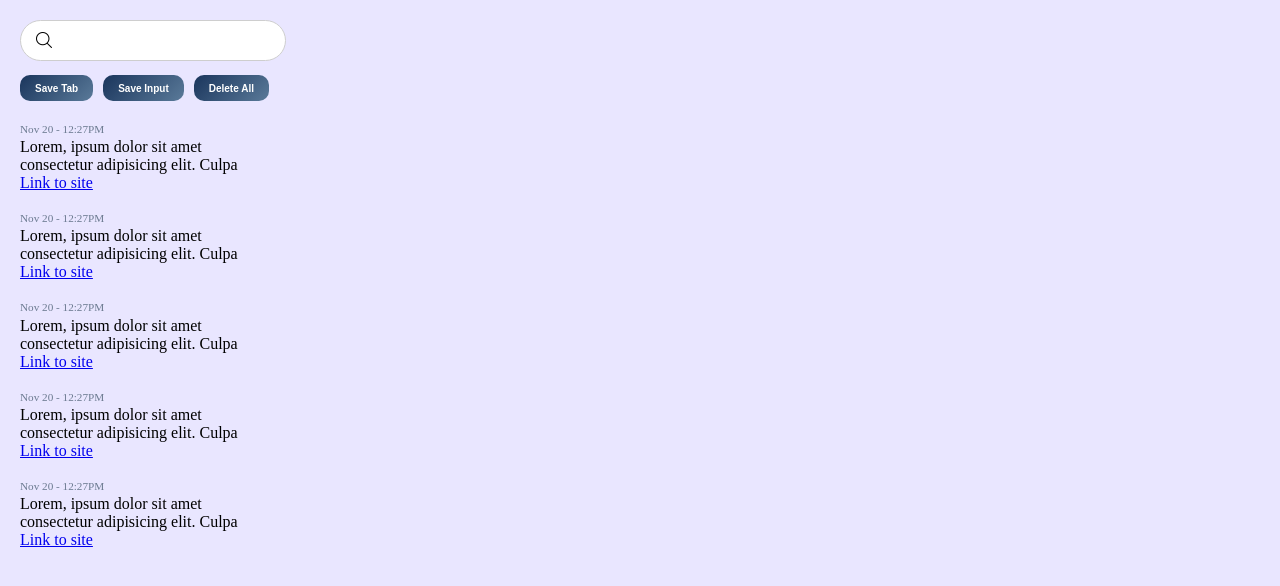
Repository: IdowuMicheal-1/Text-Tab-Organizer
Page: popup.html
The author's editor kept a copy of each file at every save. The page is drawn from the files as they stood at one save, then again after the next save.
The browser window is 1280 px wide. The pictures show the whole page.

Above is the page before, as saved 2025-05-14 14:34:51.

After the next save:
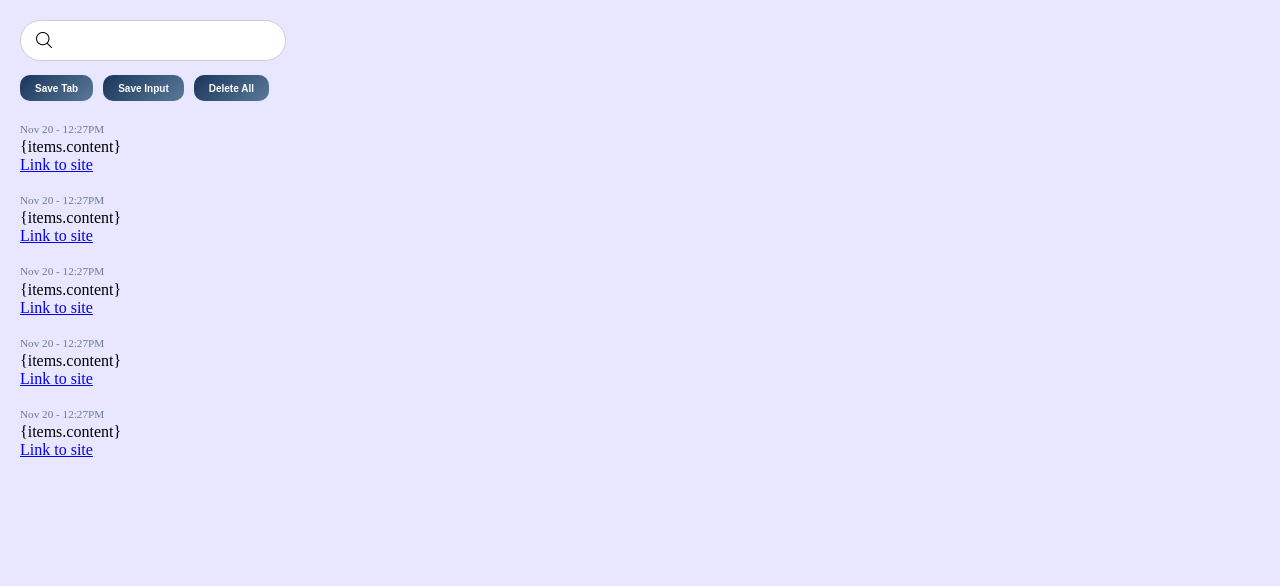
Saved 10 s later.
--- a/popup.js
+++ b/popup.js
@@ -36,7 +36,7 @@
 
           <div class="date-read">${items.date}</div>
           <p class="content-text">
-            Lorem, ipsum dolor sit amet consectetur adipisicing elit. Culpa
+            {items.content}
           </p>
           <p><a href="#">Link to site</a></p>
        `;

After the save that followed:
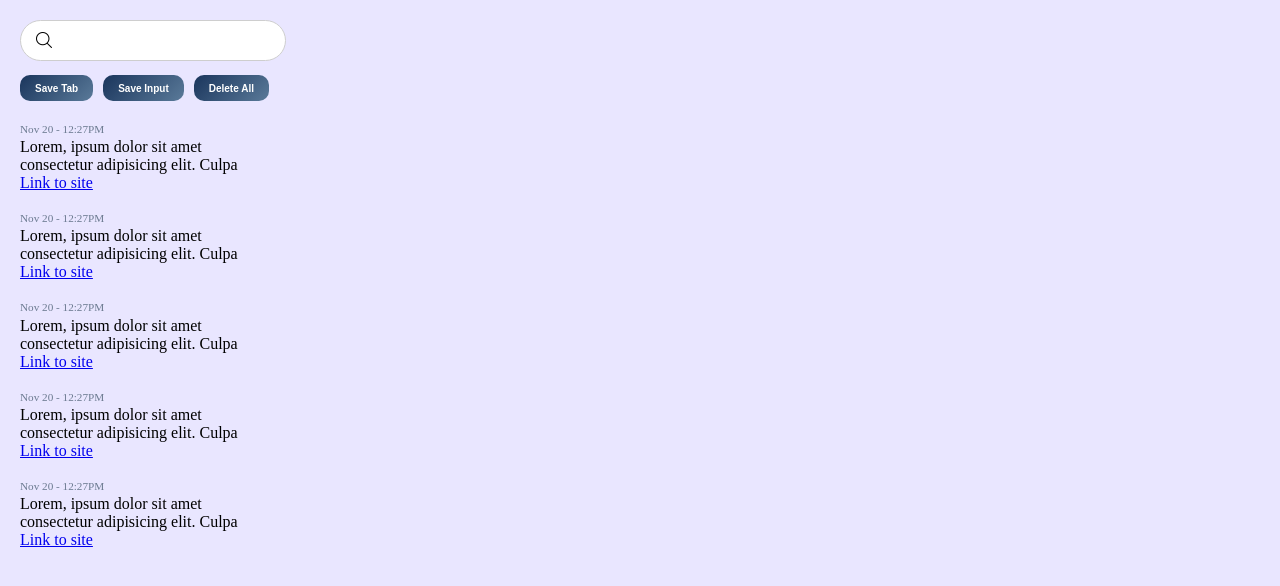
Saved 16 s later.
--- a/popup.js
+++ b/popup.js
@@ -36,7 +36,7 @@
 
           <div class="date-read">${items.date}</div>
           <p class="content-text">
-            {items.content}
+            ${items.content}
           </p>
           <p><a href="#">Link to site</a></p>
        `;
